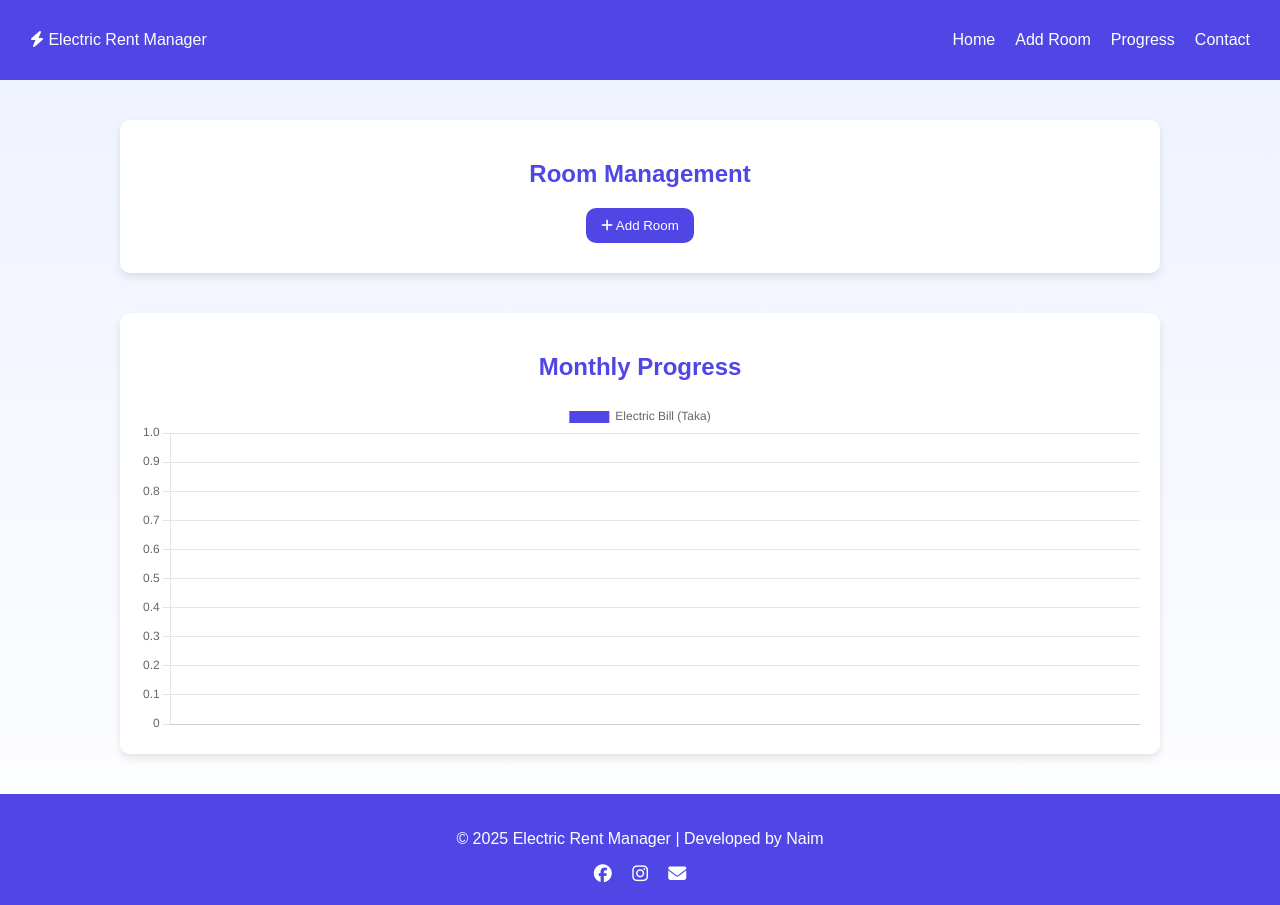
Repository: naimuddin1190/HomeRent-Management-System
Page: index.html
An editor plug-in stored every save of this project. The page is shown before and after the next save, followed by the edit.
The browser window is 1280 px wide. The pictures show the whole page.

Above is the page before, as saved 2025-11-04 20:34:46.

### index.html
<!doctype html>
<html lang="en">
<head>
  <meta charset="utf-8" />
  <meta name="viewport" content="width=device-width, initial-scale=1" />
  <title>Electric Rent Manager</title>

  <!-- CSS -->
  <link rel="stylesheet" href="style.css">

  <!-- Font Awesome for icons -->
  <link rel="stylesheet" href="https://cdnjs.cloudflare.com/ajax/libs/font-awesome/6.5.0/css/all.min.css">

  <!-- Chart.js -->
  <script src="https://cdn.jsdelivr.net/npm/chart.js"></script>
</head>
<body>

  <!-- Navbar -->
  <nav class="navbar">
    <div class="logo"><i class="fa-solid fa-bolt"></i> Electric Rent Manager</div>
    <ul>
      <li><a href="#">Home</a></li>
      <li><a href="#rooms">Add Room</a></li>
      <li><a href="#progress">Progress</a></li>
      <li><a href="#contact">Contact</a></li>
    </ul>
  </nav>

  <!-- Room Section -->
  <section id="rooms" class="container">
    <h2>Room Management</h2>
    <div id="roomContainer"></div>
    <button id="addRoomBtn" class="add-btn"><i class="fa-solid fa-plus"></i> Add Room</button>
  </section>

  <!-- Progress Section -->
  <section id="progress" class="container">
    <h2>Monthly Progress</h2>
    <canvas id="progressChart" height="100"></canvas>
  </section>

  <!-- Footer -->
  <footer>
    <p>© 2025 Electric Rent Manager | Developed by Naim</p>
    <div class="social">
      <a href="#"><i class="fab fa-facebook"></i></a>
      <a href="#"><i class="fab fa-instagram"></i></a>
      <a href="mailto:uddinmdnaim10@gmail.com"><i class="fa-solid fa-envelope"></i></a>
    </div>
  </footer>

  <!-- JS -->
  <script src="script.js"></script>
</body>
</html>

### style.css
:root {
  --primary: #4f46e5;
  --accent: #06b6d4;
  --light: #f9fafb;
  --dark: #1f2937;
  --radius: 10px;
}

body {
  margin: 0;
  font-family: "Poppins", sans-serif;
  background: linear-gradient(180deg, #eef2ff, #ffffff);
  color: var(--dark);
}

/* Navbar */
.navbar {
  background: var(--primary);
  color: white;
  padding: 15px 30px;
  display: flex;
  justify-content: space-between;
  align-items: center;
}
.navbar ul {
  list-style: none;
  display: flex;
  gap: 20px;
}
.navbar a {
  color: white;
  text-decoration: none;
  font-weight: 500;
}
.navbar a:hover {
  text-decoration: underline;
}

/* Container */
.container {
  max-width: 1000px;
  margin: 40px auto;
  padding: 20px;
  background: white;
  border-radius: var(--radius);
  box-shadow: 0 4px 8px rgba(0, 0, 0, 0.1);
}
h2 {
  text-align: center;
  color: var(--primary);
}

/* Room Cards */
.room {
  background: var(--light);
  border: 1px solid #ddd;
  border-radius: var(--radius);
  padding: 15px;
  margin-bottom: 20px;
}
.room input {
  width: 100%;
  padding: 8px;
  margin: 5px 0;
  border-radius: var(--radius);
  border: 1px solid #ccc;
}
.room button {
  background: var(--accent);
  color: white;
  border: none;
  padding: 8px 15px;
  border-radius: var(--radius);
  cursor: pointer;
}
.room button:hover {
  background: var(--primary);
}
.remove-btn {
  background: #ef4444;
  margin-left: 10px;
}

/* Add Room Button */
.add-btn {
  background: var(--primary);
  color: white;
  padding: 10px 15px;
  border: none;
  border-radius: var(--radius);
  cursor: pointer;
  display: block;
  margin: 10px auto;
}
.add-btn:hover {
  background: var(--accent);
}

/* Footer */
footer {
  background: var(--primary);
  color: white;
  text-align: center;
  padding: 20px;
}
footer .social a {
  color: white;
  margin: 0 8px;
  font-size: 18px;
}

### script.js
let roomCount = 0;
const container = document.getElementById("roomContainer");
const addRoomBtn = document.getElementById("addRoomBtn");

function createRoomCard() {
  roomCount++;
  const card = document.createElement("div");
  card.className = "room";
  card.innerHTML = `
    <h3>Room ${roomCount}</h3>
    <input type="text" placeholder="Tenant Name" id="tenant${roomCount}">
    <input type="number" placeholder="Home Rent (Taka)" id="rent${roomCount}">
    <input type="number" placeholder="Previous Month Unit" id="prev${roomCount}">
    <input type="number" placeholder="Current Month Unit" id="curr${roomCount}">
    <button onclick="calculate(${roomCount})">Calculate</button>
    <button class="remove-btn" onclick="removeRoom(this)">Remove</button>
    <p id="result${roomCount}"></p>
  `;
  container.appendChild(card);
}

function removeRoom(btn) {
  btn.parentElement.remove();
}

function calculate(id) {
  const rent = parseFloat(document.getElementById(`rent${id}`).value) || 0;
  const prev = parseFloat(document.getElementById(`prev${id}`).value) || 0;
  const curr = parseFloat(document.getElementById(`curr${id}`).value) || 0;
  const units = curr - prev;
  const electricBill = units * 10;
  const total = rent + electricBill;

  document.getElementById(`result${id}`).innerHTML = `
    <strong>Units Used:</strong> ${units} <br>
    <strong>Electric Bill:</strong> ${electricBill} Taka <br>
    <strong>Total Bill:</strong> ${total} Taka
  `;

  updateChart(id, electricBill);
}

// Chart.js for Monthly Progress
const ctx = document.getElementById('progressChart').getContext('2d');
const progressChart = new Chart(ctx, {
  type: 'bar',
  data: {
    labels: [],
    datasets: [{
      label: 'Electric Bill (Taka)',
      data: [],
      backgroundColor: '#4f46e5'
    }]
  },
  options: {
    responsive: true,
    scales: {
      y: { beginAtZero: true }
    }
  }
});

function updateChart(room, bill) {
  progressChart.data.labels.push(`Room ${room}`);
  progressChart.data.datasets[0].data.push(bill);
  progressChart.update();
}

addRoomBtn.addEventListener("click", createRoomCard);

After the next save:
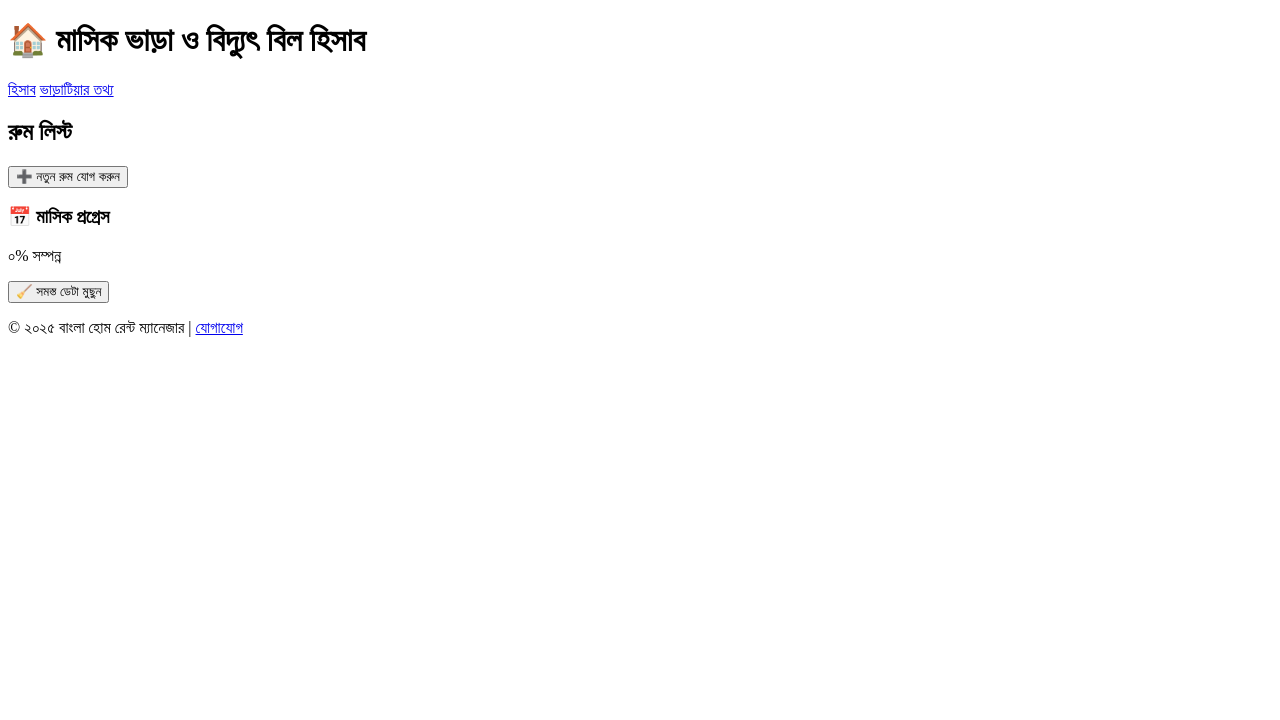
Not found: css/style.css
Not found: js/main.js
Saved 10 min 7 s later.
--- a/index.html
+++ b/index.html
@@ -1,56 +1,41 @@
-<!doctype html>
-<html lang="en">
+<!DOCTYPE html>
+<html lang="bn">
 <head>
-  <meta charset="utf-8" />
-  <meta name="viewport" content="width=device-width, initial-scale=1" />
-  <title>Electric Rent Manager</title>
-
-  <!-- CSS -->
-  <link rel="stylesheet" href="style.css">
-
-  <!-- Font Awesome for icons -->
-  <link rel="stylesheet" href="https://cdnjs.cloudflare.com/ajax/libs/font-awesome/6.5.0/css/all.min.css">
-
-  <!-- Chart.js -->
-  <script src="https://cdn.jsdelivr.net/npm/chart.js"></script>
+  <meta charset="UTF-8">
+  <meta name="viewport" content="width=device-width, initial-scale=1.0">
+  <title>ভাড়া ও বিদ্যুৎ বিল ম্যানেজার</title>
+  <link rel="stylesheet" href="css/style.css">
 </head>
 <body>
+  <header>
+    <h1>🏠 মাসিক ভাড়া ও বিদ্যুৎ বিল হিসাব</h1>
+    <nav>
+      <a href="index.html">হিসাব</a>
+      <a href="tenant.html">ভাড়াটিয়ার তথ্য</a>
+    </nav>
+  </header>
 
-  <!-- Navbar -->
-  <nav class="navbar">
-    <div class="logo"><i class="fa-solid fa-bolt"></i> Electric Rent Manager</div>
-    <ul>
-      <li><a href="#">Home</a></li>
-      <li><a href="#rooms">Add Room</a></li>
-      <li><a href="#progress">Progress</a></li>
-      <li><a href="#contact">Contact</a></li>
-    </ul>
-  </nav>
+  <main>
+    <section id="room-section">
+      <h2>রুম লিস্ট</h2>
+      <div id="rooms"></div>
+      <button id="addRoom">➕ নতুন রুম যোগ করুন</button>
+    </section>
 
-  <!-- Room Section -->
-  <section id="rooms" class="container">
-    <h2>Room Management</h2>
-    <div id="roomContainer"></div>
-    <button id="addRoomBtn" class="add-btn"><i class="fa-solid fa-plus"></i> Add Room</button>
-  </section>
+    <aside id="progress-section">
+      <h3>📅 মাসিক প্রগ্রেস</h3>
+      <div id="progressBarContainer">
+        <div id="progressBar"></div>
+      </div>
+      <p id="progressText">০% সম্পন্ন</p>
+      <button id="clearData">🧹 সমস্ত ডেটা মুছুন</button>
+    </aside>
+  </main>
 
-  <!-- Progress Section -->
-  <section id="progress" class="container">
-    <h2>Monthly Progress</h2>
-    <canvas id="progressChart" height="100"></canvas>
-  </section>
-
-  <!-- Footer -->
   <footer>
-    <p>© 2025 Electric Rent Manager | Developed by Naim</p>
-    <div class="social">
-      <a href="#"><i class="fab fa-facebook"></i></a>
-      <a href="#"><i class="fab fa-instagram"></i></a>
-      <a href="mailto:uddinmdnaim10@gmail.com"><i class="fa-solid fa-envelope"></i></a>
-    </div>
+    <p>© ২০২৫ বাংলা হোম রেন্ট ম্যানেজার | <a href="mailto:uddinmdnaim10@gmail.com">যোগাযোগ</a></p>
   </footer>
 
-  <!-- JS -->
-  <script src="script.js"></script>
+  <script src="js/main.js"></script>
 </body>
 </html>
